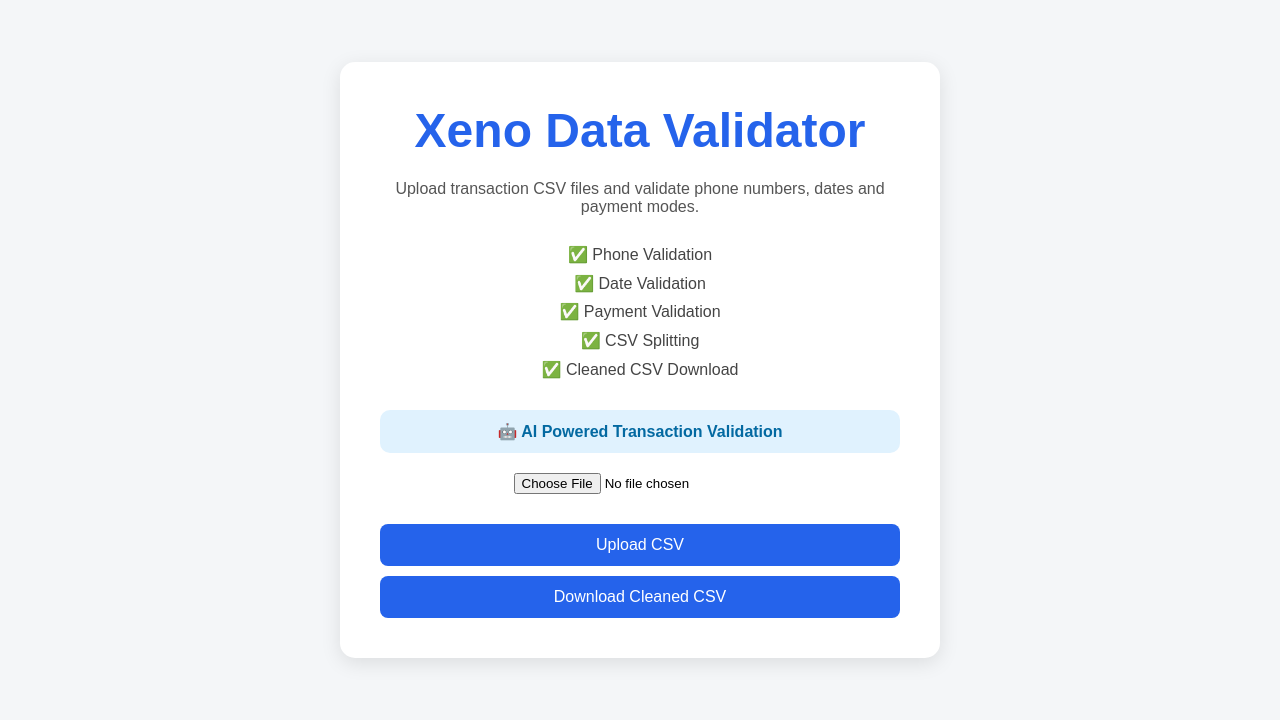
Repository: Aartigarg446/xeno-data-validator
Page: / (app in frontend/)
An editor plug-in stored every save of this project. The page is shown before and after the next save, followed by the edit.
The browser window is 1280 px wide. The pictures show the whole page.
The project was rebuilt for these pictures with package versions that can differ from the ones it lists, and the page was loaded fresh each time. Also part of the build but not shown: frontend/vite.config.js.

Above is the page before, as saved 2026-06-17 14:15:38.

### frontend/src/index.css
html,
body,
#root {
  width: 100%;
  min-height: 100vh;
  margin: 0;
  padding: 0;
}

### frontend/src/App.jsx
import { useState } from "react";
import axios from "axios";
import "./App.css";

function App() {
  const [file, setFile] = useState(null);
  const [message, setMessage] = useState("");
  const [stats, setStats] = useState({
  total: 0,
  valid: 0,
  invalid: 0,
});

const [records, setRecords] = useState([]);

  const uploadFile = async () => {
    if (!file) {
      alert("Please select a CSV file");
      return;
    }

    const formData = new FormData();
    formData.append("file", file);

    try {
   const response = await axios.post(
  "http://localhost:5000/upload",
  formData
);

const data = response.data.data;

setRecords(data);

const validCount = data.filter(
  (item) => item.overallStatus === "Valid"
).length;

setStats({
  total: data.length,
  valid: validCount,
  invalid: data.length - validCount,
});

setMessage("✅ CSV Processed Successfully");
    } catch (error) {
      console.log(error);
     setMessage("❌ Upload Failed");
    }
  };

  return (
    <div className="container">

      <div className="card">

        <h1>Xeno Data Validator</h1>

        <p>
          Upload transaction CSV files and validate
          phone numbers, dates and payment modes.
        </p>
<p className="features">
  ✅ Phone Validation <br />
  ✅ Date Validation <br />
  ✅ Payment Validation <br />
  ✅ CSV Splitting <br />
  ✅ Cleaned CSV Download
</p>
<div className="ai-badge">
  🤖 AI Powered Transaction Validation
</div>
        <input
          type="file"
          accept=".csv"
          onChange={(e) =>
            setFile(e.target.files[0])
          }
        />

        {file && (
  <p>
    Selected File: {file.name}
  </p>
)}
{message && (
  <p>{message}</p>
)}
{stats.total > 0 && (
<div className="stats-container">

  <div className="stat-card">
    <h3>Total</h3>
    <p>{stats.total}</p>
  </div>

  <div className="stat-card">
    <h3>Valid</h3>
    <p>{stats.valid}</p>
  </div>

  <div className="stat-card">
    <h3>Invalid</h3>
    <p>{stats.invalid}</p>
  </div>

</div>
)}
        <button onClick={uploadFile}>
          Upload CSV
        </button>

        <a
          href="http://localhost:5000/download"
          target="_blank"
        >
          <button>
            Download Cleaned CSV
          </button>
          {records.length > 0 && (

  <table className="result-table">

    <thead>
      <tr>
        <th>Order ID</th>
        <th>Phone</th>
        <th>Status</th>
      </tr>
    </thead>

    <tbody>

      {records.map((record, index) => (

        <tr key={index}>
          <td>{record.order_id}</td>
          <td>{record.phone}</td>
          <td>
            {record.overallStatus === "Valid"
              ? "✅ Valid"
              : "❌ Invalid"}
          </td>
        </tr>

      ))}

    </tbody>

  </table>

)}
        </a>

      </div>

    </div>
  );
}

export default App;

### frontend/src/App.css
* {
  margin: 0;
  padding: 0;
  box-sizing: border-box;
}

body {
  background: #f4f6f8;
  font-family: Arial, sans-serif;
}

.container {
  min-height: 100vh;
  display: flex;
  justify-content: center;
  align-items: center;
}

.card {
  background: white;
  padding: 40px;
  border-radius: 15px;
  width: 600px;
max-width: 90%;
  text-align: center;
  box-shadow: 0px 5px 20px rgba(0,0,0,0.1);
}

h1 {
  color: #2563eb;
  margin-bottom: 20px;
  font-size: 48px;
  line-height: 1.2;
}

p {
  color: #555;
  margin-bottom: 25px;
}

input {
  margin-bottom: 20px;
}

button {
  width: 100%;
  padding: 12px;
  margin-top: 10px;
  border: none;
  border-radius: 8px;
  background: #2563eb;
  color: white;
  cursor: pointer;
  font-size: 16px;
}

button:hover {
  background: #1d4ed8;
}
.features {
  color: #444;
  margin-bottom: 25px;
  line-height: 1.8;
}
.stats-container {
  display: flex;
  justify-content: space-between;
  margin: 20px 0;
  gap: 10px;
}

.stat-card {
  flex: 1;
  background: #2563eb;
  color: white;
  padding: 15px;
  border-radius: 10px;
}

.stat-card h3 {
  margin-bottom: 5px;
}

.result-table {
  width: 100%;
  margin-top: 25px;
  border-collapse: collapse;
}

.result-table th,
.result-table td {
  border: 1px solid #ddd;
  padding: 10px;
}

.result-table th {
  background: #2563eb;
  color: white;
}
.ai-badge {
  background: #e0f2fe;
  color: #0369a1;
  padding: 12px;
  border-radius: 10px;
  margin: 20px 0;
  font-weight: bold;
}

Loaded but not shown: frontend/src/main.jsx (common file)

After the next save:
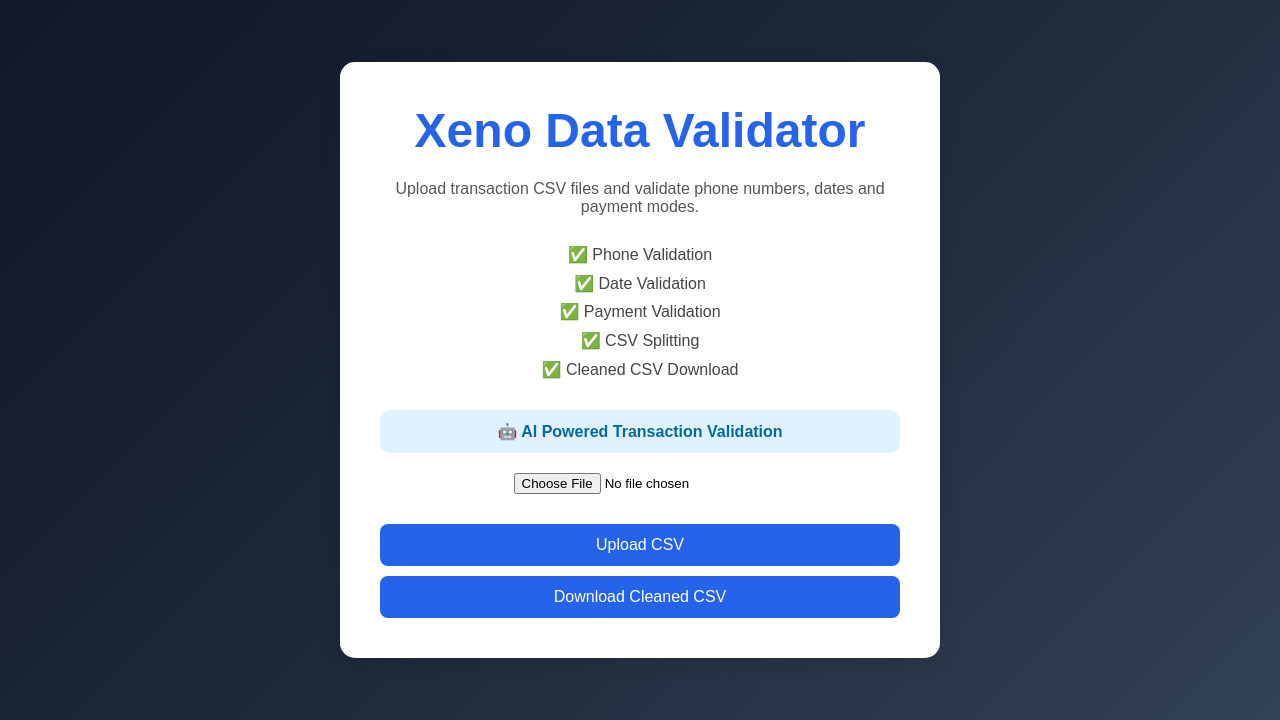
Saved 2 min 57 s later.
--- a/frontend/src/App.css
+++ b/frontend/src/App.css
@@ -5,7 +5,12 @@
 }
 
 body {
-  background: #f4f6f8;
+  background: linear-gradient(
+    135deg,
+    #0f172a,
+    #1e293b,
+    #334155
+  );
   font-family: Arial, sans-serif;
 }
 
